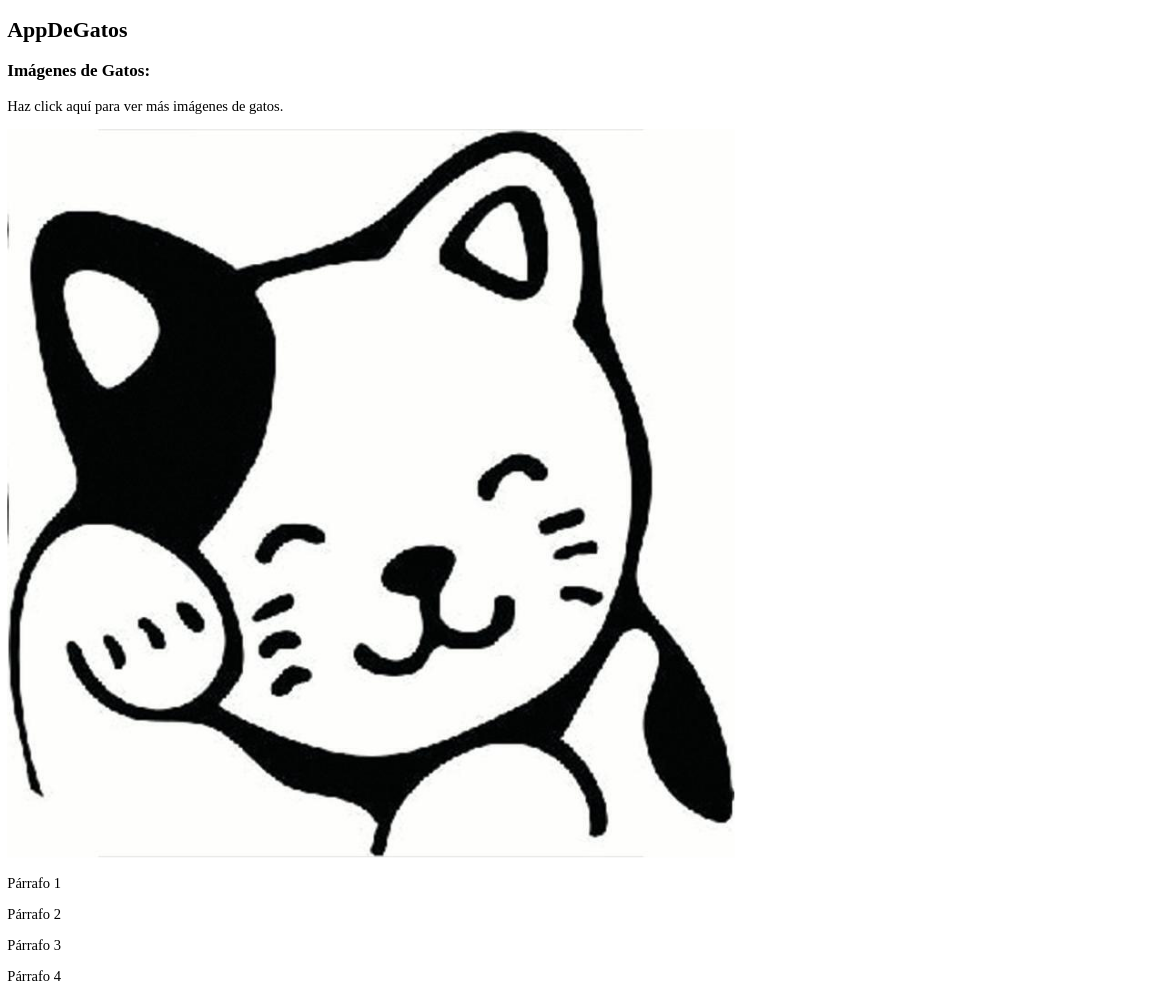
Repository: pedro-donoso/curso-html---css
Page: index.html
The author's editor kept a copy of each file at every save. The page is drawn from the files as they stood at one save, then again after the next save.
The browser window is 1280 px wide. The pictures show the whole page, at 91% of full size.

Above is the page before, as saved 2023-11-03 10:49:01.

After the next save:
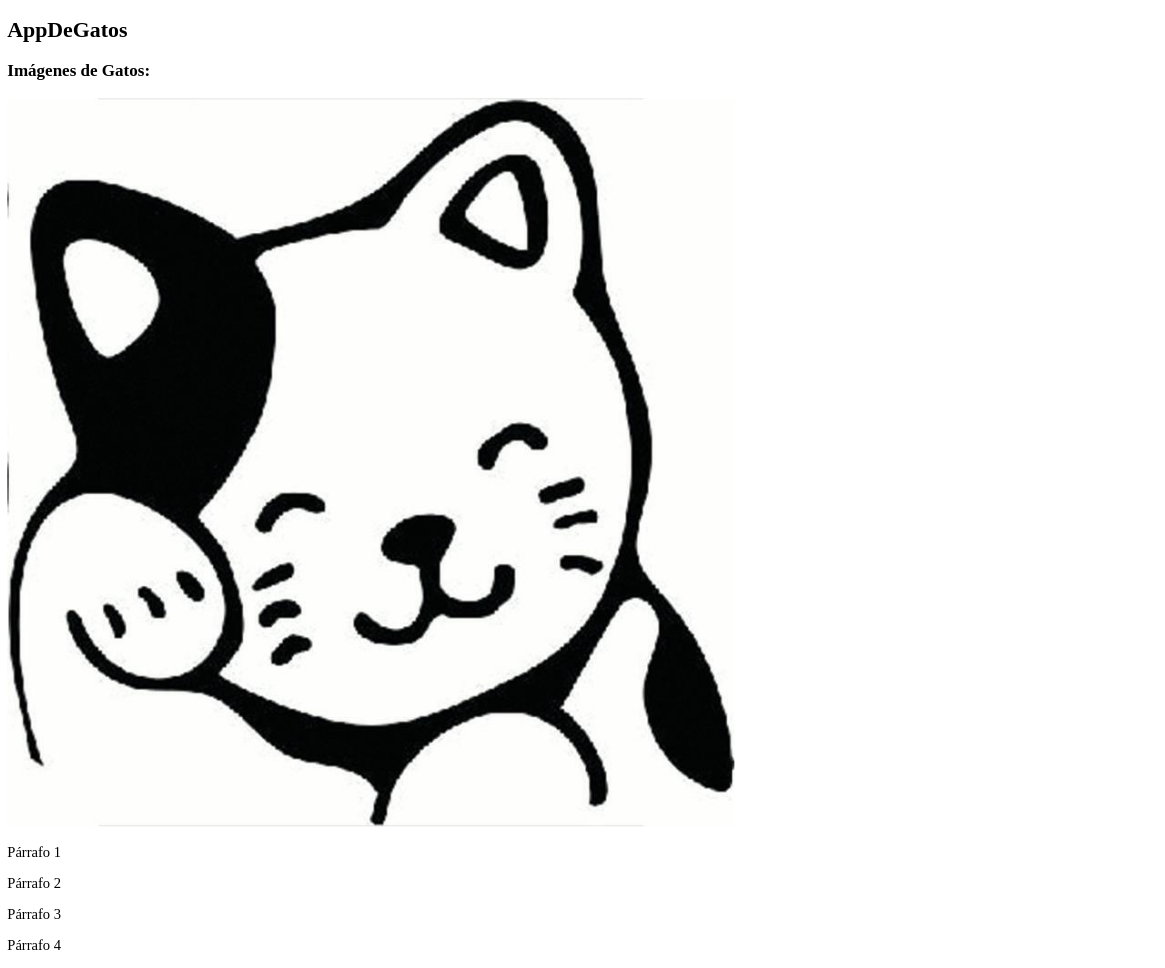
Saved 30 s later.
--- a/index.html
+++ b/index.html
@@ -12,7 +12,6 @@
   <main>
     <h3>Imágenes de Gatos:</h3>
     <!-- TODO: Agregar enlace a imágenes de gatos -->
-    <p>Haz click aquí para ver más imágenes de gatos.</p>
     <img src="./assets/img/gato.jpg" alt="gato">
 
    <p>Párrafo 1</p>
